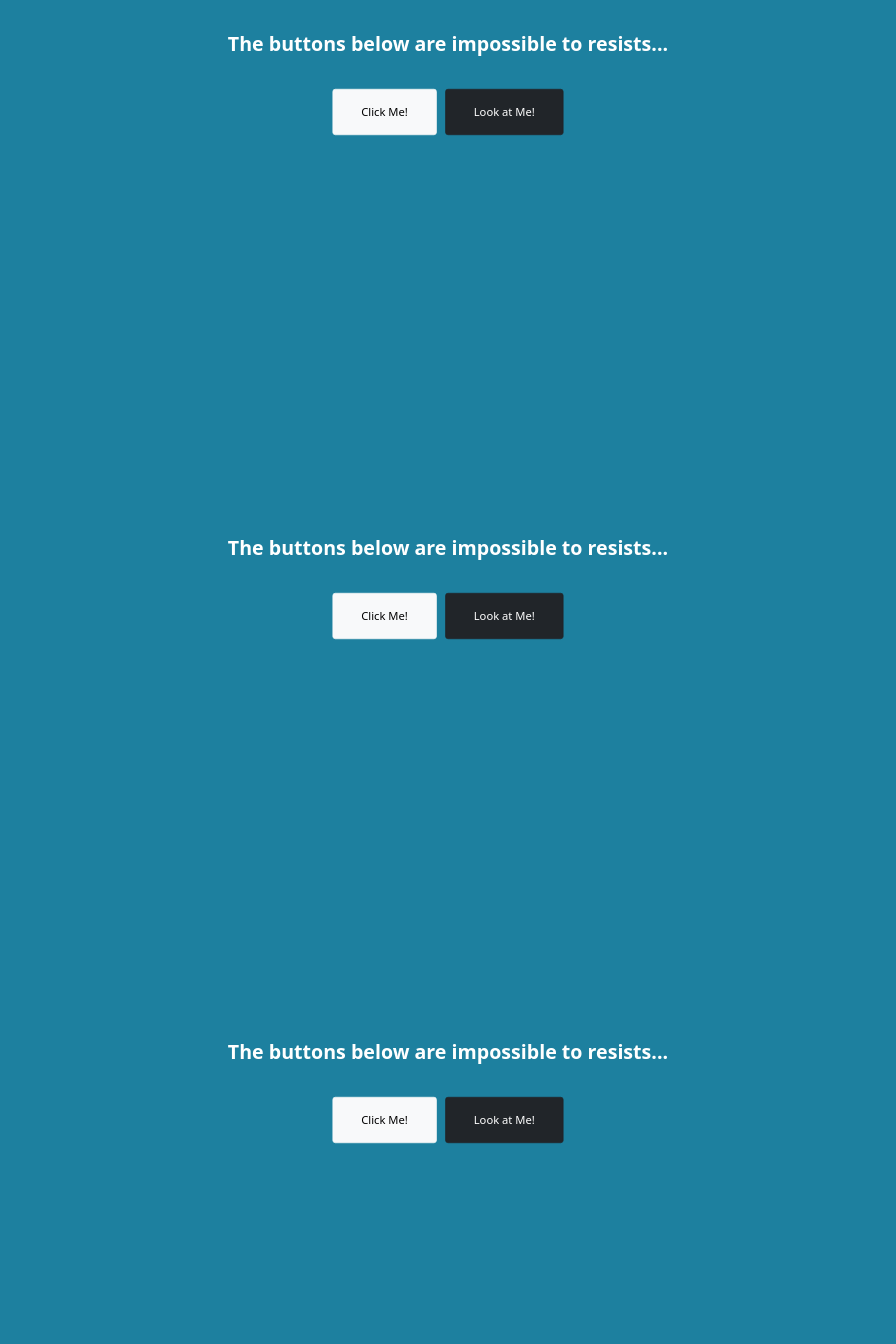
Repository: hoangpino/VE_FE_FrameWork_005
Page: lab06/index.html
The author's editor kept a copy of each file at every save. The page is drawn from the files as they stood at one save, then again after the next save.
The browser window is 1280 px wide. The pictures show the part of the page from y = 4140 to 6060 px (the page is 6060 px tall), at 70% of full size.
Backgrounds fixed to the window are drawn as part of the page.

Above is the page before, as saved 2021-10-05 20:03:29.

### lab06/index.html
<!DOCTYPE html>
<html lang="en">

<head>
    <meta charset="UTF-8">
    <meta http-equiv="X-UA-Compatible" content="IE=edge">
    <meta name="viewport" content="width=device-width, initial-scale=1.0">
    <title>Portfolio</title>
    <link rel="stylesheet" href="./css/style.css" type="text/css" />
    <link rel="icon" href="./img/schools.png" />
    <link href="https://cdn.jsdelivr.net/npm/bootstrap@5.1.1/dist/css/bootstrap.min.css"
        rel="stylesheet"
        integrity="sha384-F3w7mX95PdgyTmZZMECAngseQB83DfGTowi0iMjiWaeVhAn4FJkqJByhZMI3AhiU"
        crossorigin="anonymous" />
    <link rel="stylesheet"
        href="https://cdnjs.cloudflare.com/ajax/libs/font-awesome/6.0.0-beta2/css/all.min.css" />
    <link rel="preconnect" href="https://fonts.googleapis.com">
    <link rel="preconnect" href="https://fonts.gstatic.com" crossorigin>
    <link
        href="https://fonts.googleapis.com/css2?family=Source+Sans+Pro:ital,wght@1,700&display=swap"
        rel="stylesheet" />
    <link rel="stylesheet"
        href="https://cdn.jsdelivr.net/npm/bootstrap-icons@1.5.0/font/bootstrap-icons.css">
</head>

<body>
    <a href="" class="menu-toggle rounded" hef="#" data-bs-toggle="offcanvas"
        data-bs-target="#offcanvas-right" aria-controls="offcanvas-right">
        <i class="fas fa-bars"></i>
    </a>
    <div class="offcanvas offcanvas-end" tabindex="-1" aria-labelledby="offcanvas-right-lable"
        id="offcanvas-right">
        <div class="offcanvas-header">
            <h5 id="offcanvas-right-label">Start Bootstrap</h5>
            <button type="button" class="btn-close btn-close-white text-reset"
                data-bs-dismiss="offcanvas" aria-label="Close"></button>
        </div>
        <div class="offcanvas-body">
            <ul class="sidebar-nav">
                <li class="sidebar-nav-item"><a href="#home">Home</a></li>
                <li class="sidebar-nav-item"><a href="#about">About</a></li>
                <li class="sidebar-nav-item"><a href="#services">Services</a></li>
                <li class="sidebar-nav-item"><a href="#callout">Callout</a></li>
                <li class="sidebar-nav-item"><a href="#portfolio">Portfolio</a></li>
                <li class="sidebar-nav-item"><a href="#action">Action</a></li>
                <li class="sidebar-nav-item"><a href="#footer">Contacts</a></li>
            </ul>
        </div>
    </div>

    <!-- Header -->
    <header class="d-flex align-items-center" id="home">
        <div class="container text-center">
            <h1 class="m-1">Stylist Portfolio</h1>
            <h3 class="mb-5">A Free Bootstrap Theme by Start Bootstrap </h3>
            <a href="" class="btn btn-primary btn-xl">Find Out More</a>
        </div>
    </header>

    <!-- About -->
    <section class="d-flex align-items-center" id="about">
        <div class="container text-center">
            <h2 class="m-1">Stylish Portfolio is the perfect theme for your next project!</h2>
            <p class="mb-5">This theme features a flexible, UX friendly sidebar menu and stock
                photos from our friends at Unsplash !</p>
            <a href="" class="btn btn-primary btn-xl">Find Out More</a>
        </div>
    </section>

    <!-- Services -->
    <section class="d-flex align-items-center" id="services">
        <div class="container text-center">
            <div class="section-header">
                <h4>Services</h4>
                <h2>What we offer</h2>
            </div>
            <div class="row">
                <div class="col-lg-3 col-md-6 mt-5">
                    <span class="services-icon mx-auto mb-3"><i class="bi bi-phone"></i></span>
                    <h2>Responsive</h2>
                    <p>Looks great on any screent size!</p>
                </div>
                <div class="col-lg-3 col-md-6 mt-5">
                    <span class="services-icon mx-auto mb-3"><i class="bi bi-pencil"></i></span>
                    <h2>Redesgined</h2>
                    <p>Freshly Redesgined for Bootstrap</p>
                </div>
                <div class="col-lg-3 col-md-6 mt-5">
                    <span class="services-icon mx-auto mb-3"><i
                            class="bi bi-hand-thumbs-up"></i></span>
                    <h2>Favorited</h2>
                    <p>Millions of users &hearts; Start Bootstrap!</p>
                </div>
                <div class="col-lg-3 col-md-6 mt-5">
                    <span class="services-icon mx-auto mb-3"><i
                            class="bi bi-question-circle"></i></span>
                    <h2>Questions</h2>
                    <p>Mustache you a question</p>
                </div>
            </div>
        </div>
    </section>

    <!-- Callout -->
    <section class="d-flex aglin-items-center" id="callout">
        <div class="container px-4 px-lg-5 text-center">
            <h1 class="mb-5">Wellcome to <em>you</em> next website</h1>
            <a href="#" class="btn btn-primary btn-xl">Download now</a>
        </div>
    </section>

    <!-- Portfolior -->
    <section class="d-flex align-items-center" id="portfolio">
        <div class="container px-4 px-lg-5 text-center">
            <div class="section-heading">
                <h4 class="m-1">Portfolio</h4>
                <h2 class="mb-5">Recent Projects</h2>
            </div>
            <div class="row gx-0">
                <div class="col-lg-6">
                    <a href="#" class="portfolio-item">
                        <div class="caption">
                            <div>Stationary</div>
                            <p>A yellow pencil with envelopes on a clean, blue backdrop.</p>
                        </div>
                        <img src="./img/portfolio-1.jpg">
                    </a>
                </div>
                <div class="col-lg-6">
                    <a href="#" class="portfolio-item">
                        <div class="caption">
                            <div>Ice Cream</div>
                            <p>A dark blue background with a colored pencil, a clip, and a tiny ice
                                cream cone!</p>
                        </div>
                        <img src="./img/portfolio-2.jpg">
                    </a>
                </div>
                <div class="col-lg-6">
                    <a href="#" class="portfolio-item">
                        <div class="caption">
                            <div>Strawberries</div>
                            <p>Strawberries are such a tasty snack, especially with a little sugar
                                on top!</p>
                        </div>
                        <img src="./img/portfolio-3.jpg">
                    </a>
                </div>
                <div class="col-lg-6">
                    <a href="#" class="portfolio-item">
                        <div class="caption">
                            <div>Workspace</div>
                            <p>A yellow workspace with some scissors, pencils, and other objects</p>
                        </div>
                        <img src="./img/portfolio-4.jpg">
                    </a>
                </div>
            </div>
        </div>
    </section>

    <!-- Action -->
    <section class="d-flex align-items-center" id="action">
        <div class="container px-4-lg-5 text-center">
            <h3 class="mb-5">The buttons below are impossible to resists...</h3>
            <a href="#map" class="btn btn-light btn-xl mx-1">Click Me!</a>
            <a href="#footer" class="btn btn-dark btn-xl mx-1">Look at Me!</a>
        </div>
    </section>

    <!-- Map -->
    <section class="d-flex align-items-center" id="action">
        <div class="container px-4-lg-5 text-center">
            <h3 class="mb-5">The buttons below are impossible to resists...</h3>
            <a href="#map" class="btn btn-light btn-xl mx-1">Click Me!</a>
            <a href="#footer" class="btn btn-dark btn-xl mx-1">Look at Me!</a>
        </div>
    </section>

    <!-- Footer -->
    <section class="d-flex align-items-center" id="action">
        <div class="container px-4-lg-5 text-center">
            <h3 class="mb-5">The buttons below are impossible to resists...</h3>
            <a href="#map" class="btn btn-light btn-xl mx-1">Click Me!</a>
            <a href="#footer" class="btn btn-dark btn-xl mx-1">Look at Me!</a>
        </div>
    </section>



    <script src="https://cdn.jsdelivr.net/npm/bootstrap@5.1.1/dist/js/bootstrap.bundle.min.js"
        integrity="sha384-/bQdsTh/da6pkI1MST/rWKFNjaCP5gBSY4sEBT38Q/9RBh9AH40zEOg7Hlq2THRZ"
        crossorigin="anonymous"></script>
</body>

</html>

### lab06/css/style.css
:root {
    --color-green: #1d809f;
    --color-green-dark:rgb(15, 64, 78);
    --color-dark:#343a40;
    --color-yellow: #f2b912;
}

body {
    font-family: 'Source Sans Pro', sans-serif ;
}

* {
    margin: 0;
    padding: 0;
}
.menu-toggle {
    position: fixed;
    width: 50px;
    height: 50px;
    color: #fff;
    background-color: rgba(52,58,64,0.5);
    text-align: center;
    line-height: 50px;
    right: 15px;
    top: 15px;
}

.menu-toggle:hover {
    background-color: var(--color-dark);
    color: #fff;
}

.offcanvas {
    background-color: var(--color-green) !important;
    color: #fff;
    width: 250px;

}

.offcanvas ul {
    list-style: none;
    margin : 0;
    padding: 0;
}

.offcanvas a {
    color: #fff;
    display: block;
    padding: 15px;
    text-decoration: none;

}

.offcanvas a:hover {
    background-color: rgba(52, 58, 64, 0.2);
    color: #fff;
}

.offcanvas-body {
    padding: 0 !important;
    margin: 0;

}

.offcanvas-header {
    background-color: rgba(52, 58, 64, 0.1);
}

header {
    background: url(../img/bg-masthead.jpg);
    background-repeat: none;
    background-position: center center;
    background-size: cover;
    min-height: 100vh;
}

h1 {
    font-weight: 700 !important;
    font-size: 5.5rem !important;
}

h2 {
    font-weight: 700 !important;
    font-style: 2.0rem !important;
}

h3 {
    font-weight: 700 !important;
    font-style: 1.75rem !important;
    font-style: italic;
}

h4 {
    font-weight: 700;
    font-size: 1.0rem;
    text-transform: uppercase;
    color: var(--color-yellow);
}

p {
    font-weight: 300 !important;
    font-size: 1.25em;
}

.btn-primary {
    background-color: var(--color-green) !important;
    border-color: var(--color-green) !important;
}

.btn-primary:active, .btn-primary:hover {
    background-color: var(--color-green-dark) !important;
    border-color: var(--color-green-dark) !important;
}

.btn-xl {
    padding: 1.25em 2.5em !important;
}

#about {
    min-height: 100vh;
}

#services {
    min-height: 100vh;
    background-color: var(--color-green);
    color: #fff;
}

.services-icon {
    background-color:#fff !important;
    color: var(--color-green);
    height:7rem;
    width: 7rem;
    display: block;
    line-height: 7rem;
    text-align: center;
    font-size: 2.5em;
    border-radius: 50%;
}

#callout {
    min-height: 100vh;
    background: url(../img/bg-callout.jpg);
    background-repeat: none;
    background-position: top center;
    background-size: cover;
    background-attachment: fixed;
}

#portfolio {
    min-height: 100vh;
    padding: 100px 0;
}

.portfolio-item {
    margin: 0;
    text-decoration: none;
    display: block;
    position: relative;
    overflow: hidden;
}

.portfolio-item img {
    transition: clip-path 0.25s ease-out, -webkit-transform 0.25s ease-out;
    -webkit-clip-path: inset(-1px);
    clip-path: inset(-1px);
    max-width: 100%;
}

.portfolio-item:hover img {
    -webkit-clip-path: inset(2rem);
    clip-path: inset(2rem);
}

.portfolio-item:hover .caption {
    -webkit-clip-path: inset(2rem);
    clip-path: inset(2rem);
    background-color: rgba(33, 37, 41,0.75);
    padding: 10px 50px;
}

.caption {
    height: 100%;
    width: 100%;
    position: absolute;
    top: 0;
    bottom: 0;
    background-color: rgba(33, 37, 41, 0.2);
    color: #fff;
    text-align: left;
    padding: 50px;
    z-index: 1;
    font-size: 1rem;
    font-style: italic;

    transition: background-color 0.7s, webkit-clip-path 0.25s ease-out;
    transition: clip-path 0.25s ease-out, background-color 0.7s;
    transition: clip-path 0.25s ease-out, background-color 0.7s, -webkit-clip-path 0.25s ease-out;
    -webkit-clip-path: inset(0px);
    clip-path: inset(0px);

}

.caption div {
    margin-top: 12rem;
    text-transform: uppercase;
    font-weight: 700;
}

#action {
    min-height: 100vh;
    background-color: var(--color-green);

}

#action h3 {
    color: #fff;
    font-style: normal;
}

After the next save:
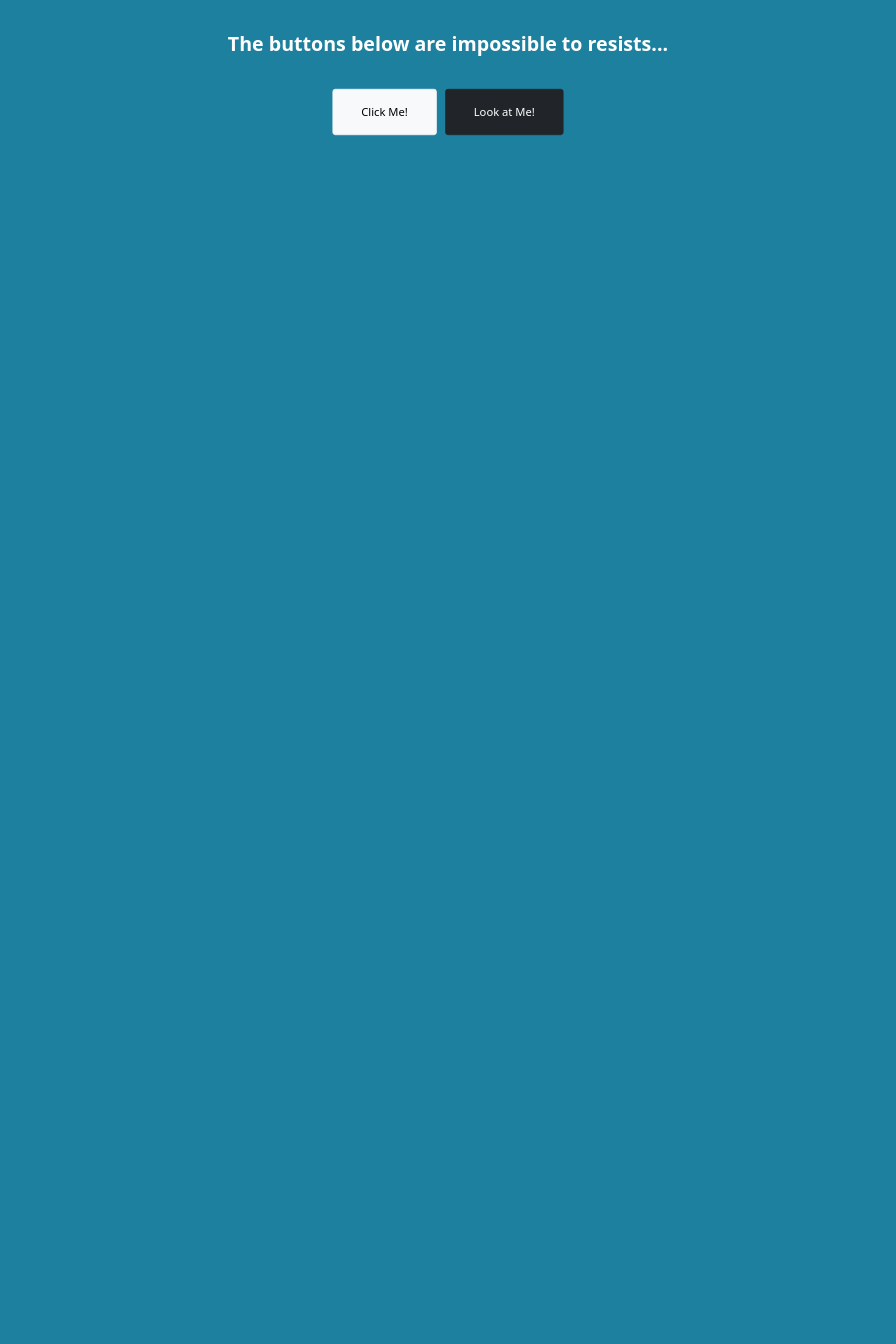
Saved 41 s later.
--- a/lab06/index.html
+++ b/lab06/index.html
@@ -171,18 +171,14 @@
     <!-- Map -->
     <section class="d-flex align-items-center" id="action">
         <div class="container px-4-lg-5 text-center">
-            <h3 class="mb-5">The buttons below are impossible to resists...</h3>
-            <a href="#map" class="btn btn-light btn-xl mx-1">Click Me!</a>
-            <a href="#footer" class="btn btn-dark btn-xl mx-1">Look at Me!</a>
+
         </div>
     </section>
 
     <!-- Footer -->
     <section class="d-flex align-items-center" id="action">
         <div class="container px-4-lg-5 text-center">
-            <h3 class="mb-5">The buttons below are impossible to resists...</h3>
-            <a href="#map" class="btn btn-light btn-xl mx-1">Click Me!</a>
-            <a href="#footer" class="btn btn-dark btn-xl mx-1">Look at Me!</a>
+
         </div>
     </section>
 
